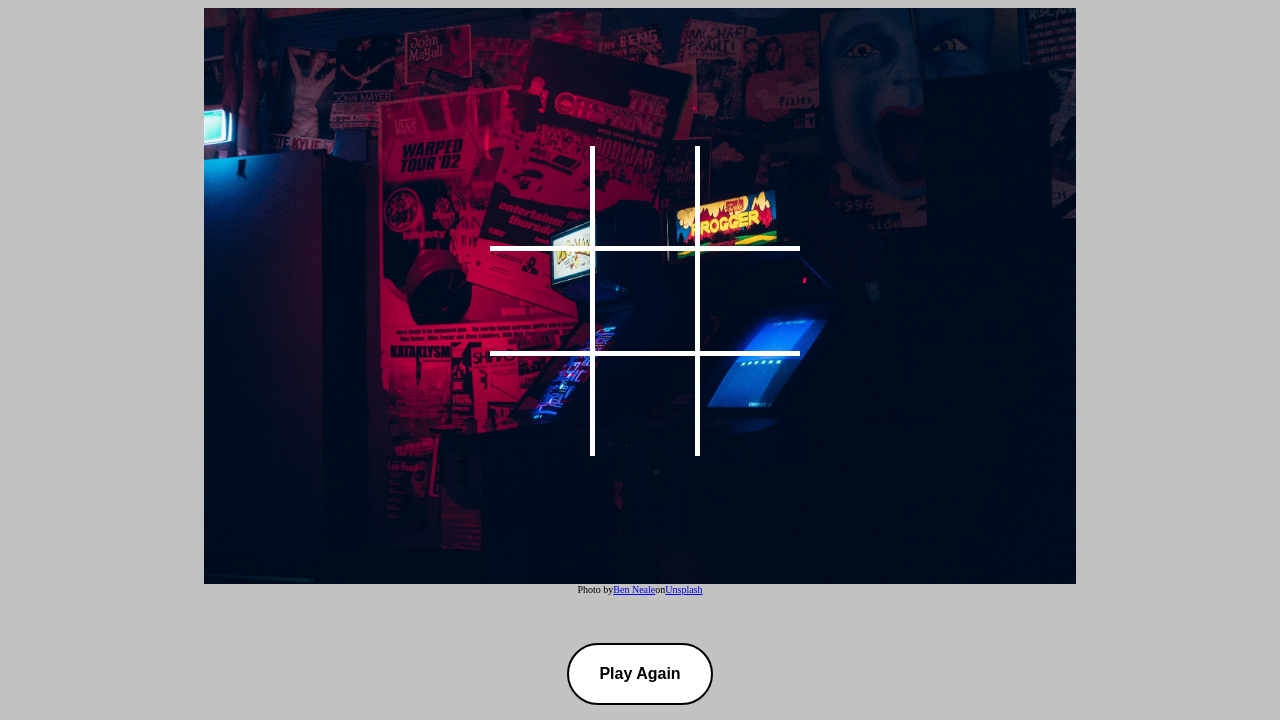
Repository: DrummerDee/tictactoe
Page: index.html
An editor plug-in stored every save of this project. The page is shown before and after the next save, followed by the edit.
The browser window is 1280 px wide. The pictures show the whole page.

Above is the page before, as saved 2022-07-06 15:27:33.

After the next save:
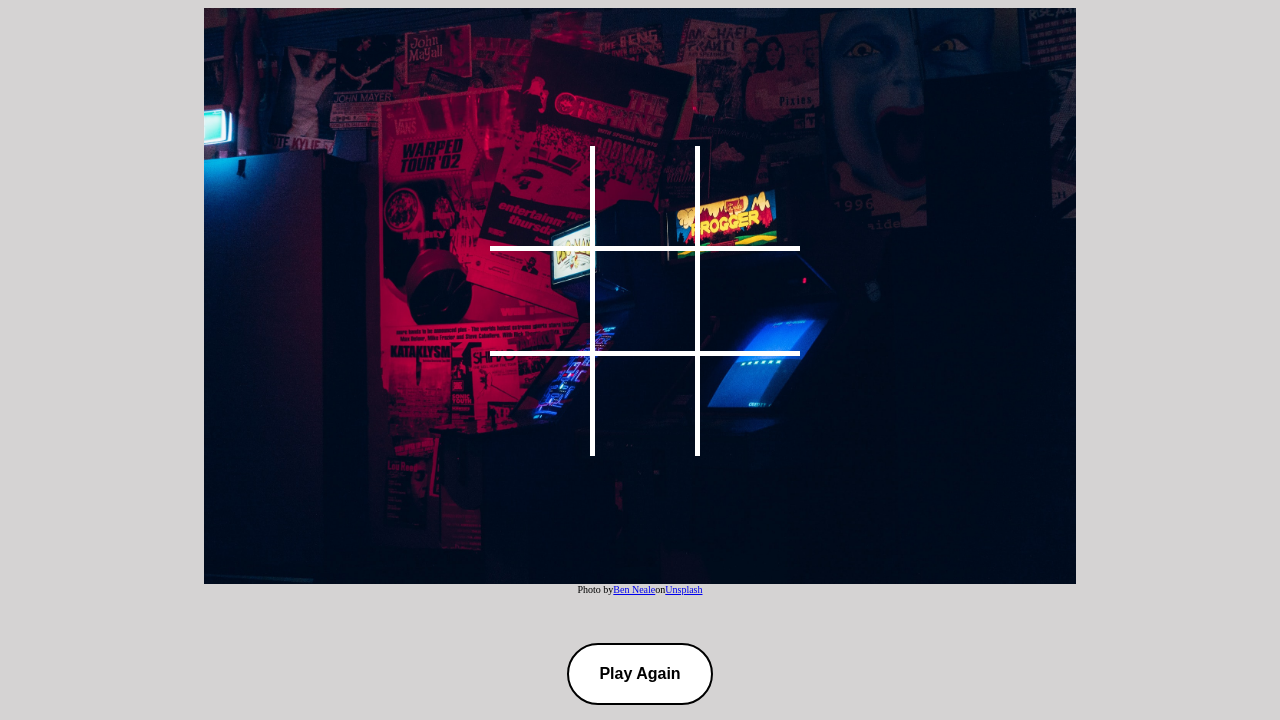
Saved 39 s later.
--- a/tictac.css
+++ b/tictac.css
@@ -1,5 +1,5 @@
 html{
-    background-color: rgba(172, 171, 171, 0.717);
+    background-color: rgba(197, 195, 195, 0.717);
 }
 h1{
     text-align: center;
